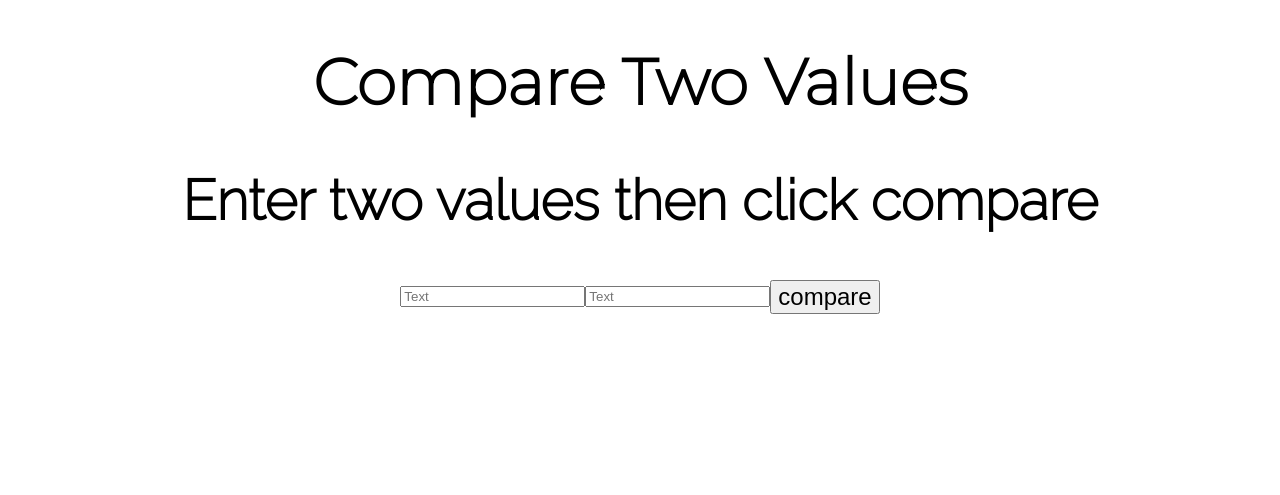
Repository: thecptwaffles/compareWebApp
Page: index.html
These files come from the project's save history. The page is drawn as it stood at one moment and after the next save; the edit follows.
The browser window is 1280 px wide. The pictures show the whole page.

Above is the page before, as saved 2022-10-05 18:48:14.

### index.html
<!DOCTYPE html>
<html lang="en">

<head>
  <meta charset="UTF-8">
  <meta name="viewport" content="width=device-width, initial-scale=1.0">
  <meta http-equiv="X-UA-Compatible" content="ie=edge">
  <link rel="stylesheet" href="style.css">
  <title>Compare</title>
</head>

<body>

  <h1>Compare Two Values</h1>

  <h2>Enter two values then click compare</h2>

  <div class="inputs">

    <input id="userInput" type="text" placeholder="Text">

    <input id="userInputCompare" type="text" placeholder="Text">

    <button onclick="returnText()">compare</button>
  </div>


  <h2 id="cool"></h2>
  <script src="script.js"></script>
</body>

</html>

### style.css
@import url('https://fonts.googleapis.com/css2?family=Montserrat:wght@200&family=Raleway:wght@200&display=swap');

:root {
    --prim-font: 'Montserrat', sans-serif;
    --sec-font: 'Raleway', sans-serif;
    --primClr: #1d6862;
    --secClr: #00a972;
    --thrdClr: #715f58;
}

h1 {
    font-size: 4rem;
    text-align: center;
    font-family: var(--prim-font);
}

h2 {
    font-size: 3.5rem;
    text-align: center;
    font-family: var(--sec-font);
}

.inputs {
    display: flex;
    align-items: center;
    justify-content: center;
    margin-bottom: 50px;
}

button {
    font-size: 1.5rem;
}

### script.js
var output = document.getElementById("cool")

function returnText() {
    let start = document.getElementById("userInput").value;
    let end = document.getElementById("userInputCompare").value;

    if (start == end) {
        output.innerHTML = "Same"
        output.style.color = "#69b00b";
    } else {
        output.innerHTML = "Not The Same!"
        output.style.color = "#b00b"
        output.style.textDecoration = "underline"
    }
}

After the next save:
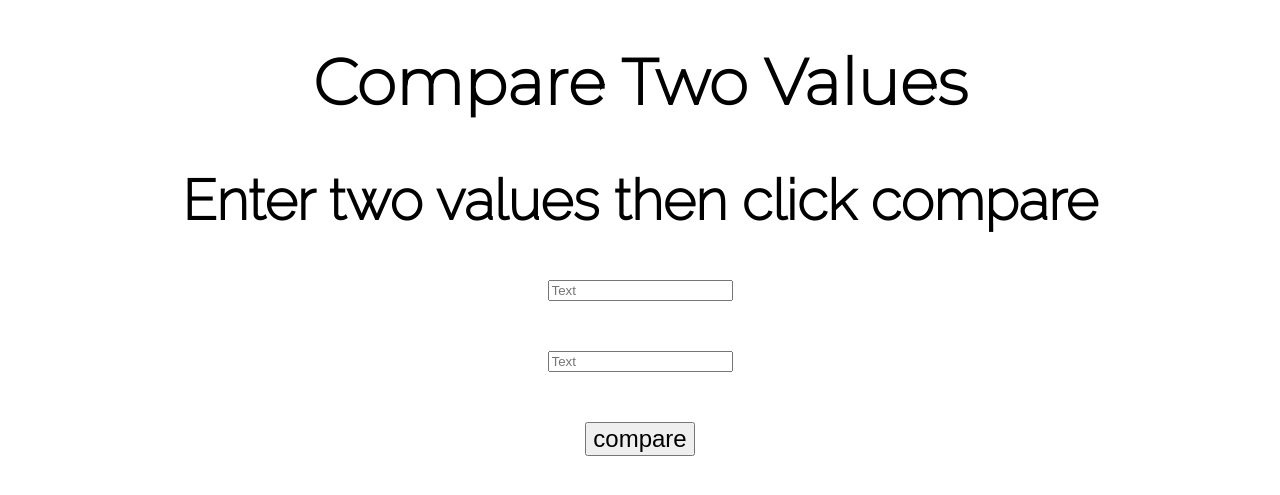
Saved 6 s later.
--- a/index.html
+++ b/index.html
@@ -19,10 +19,19 @@
 
     <input id="userInput" type="text" placeholder="Text">
 
+  </div>
+
+  <div class="inputs">
     <input id="userInputCompare" type="text" placeholder="Text">
+
+  </div>
+
+  <div class="inputs">
 
     <button onclick="returnText()">compare</button>
   </div>
+
+
 
 
   <h2 id="cool"></h2>
